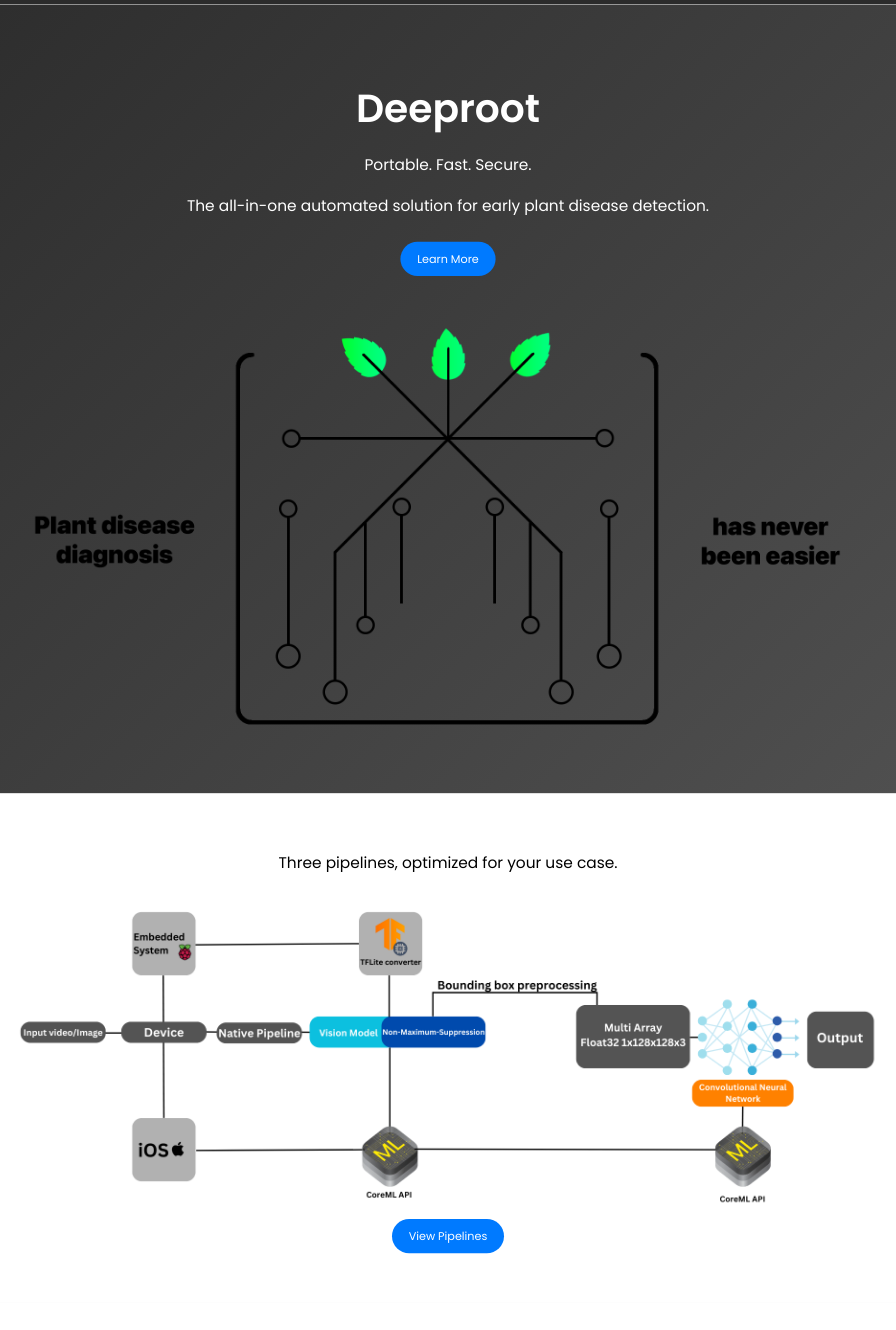
Repository: jss1118/The-Deeproot-Project
Page: Website/index.html
These files come from the project's save history. The page is drawn as it stood at one moment and after the next save; the edit follows.
The browser window is 1280 px wide. The pictures show the part of the page from y = 49 to 1949 px (the page is 3212 px tall), at 70% of full size.
Pictures or frames that could not be fetched are drawn as grey boxes.

Above is the page before, as saved 2025-03-21 13:08:55.

After the next save:
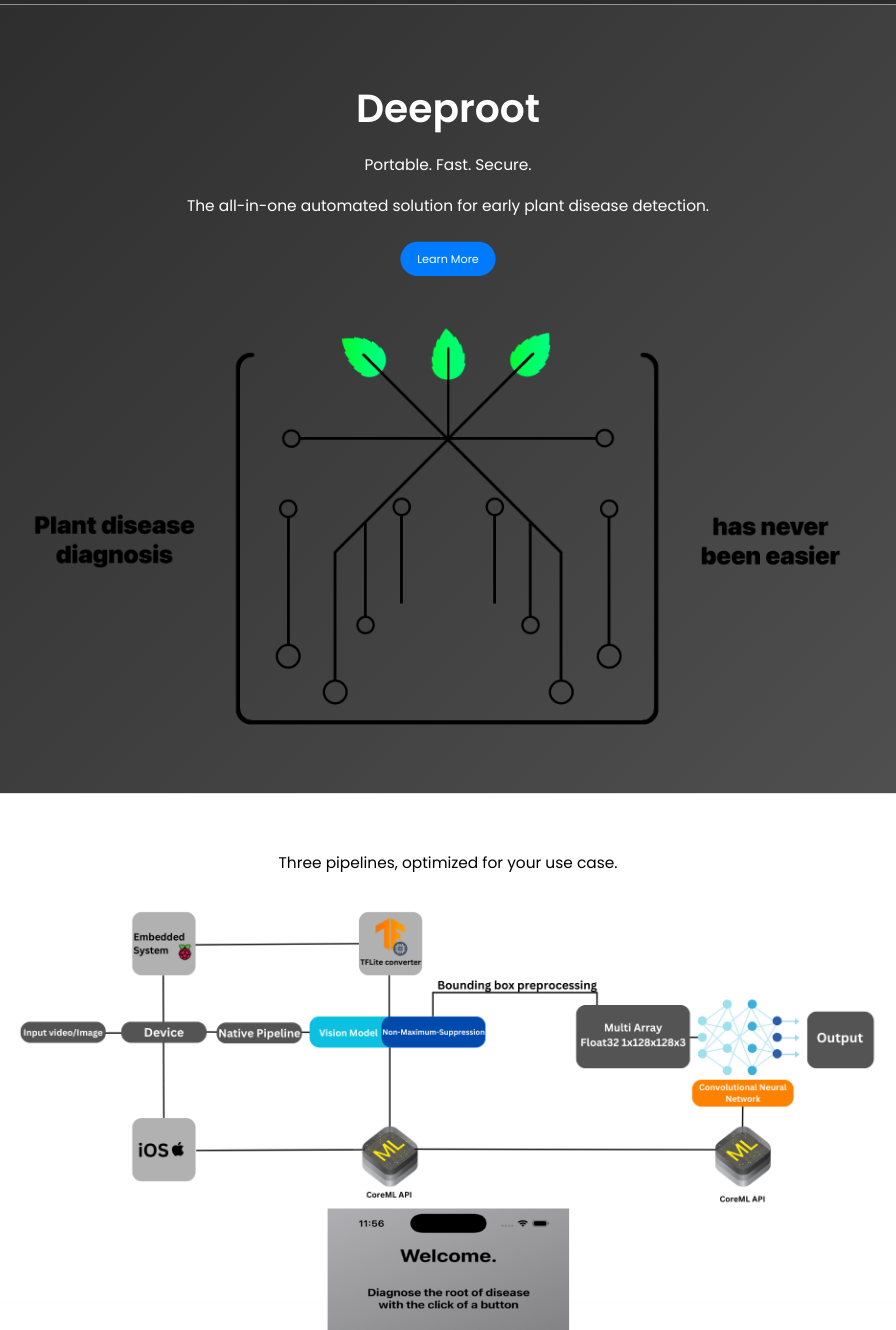
Saved 13 s later.
--- a/Website/index.html
+++ b/Website/index.html
@@ -184,7 +184,9 @@
       <p>Edge processing, completely private.</p>
       <div class="mainpagelink"><a href="#">Learn More</a></div>
     </div>
-    <div class="promo2"></div>
+    <div class="promo2">
+      <img src="iosmain.png" alt="ios icon">
+    </div>
 
 
     <div class="promo3"></div>

After the save that followed:
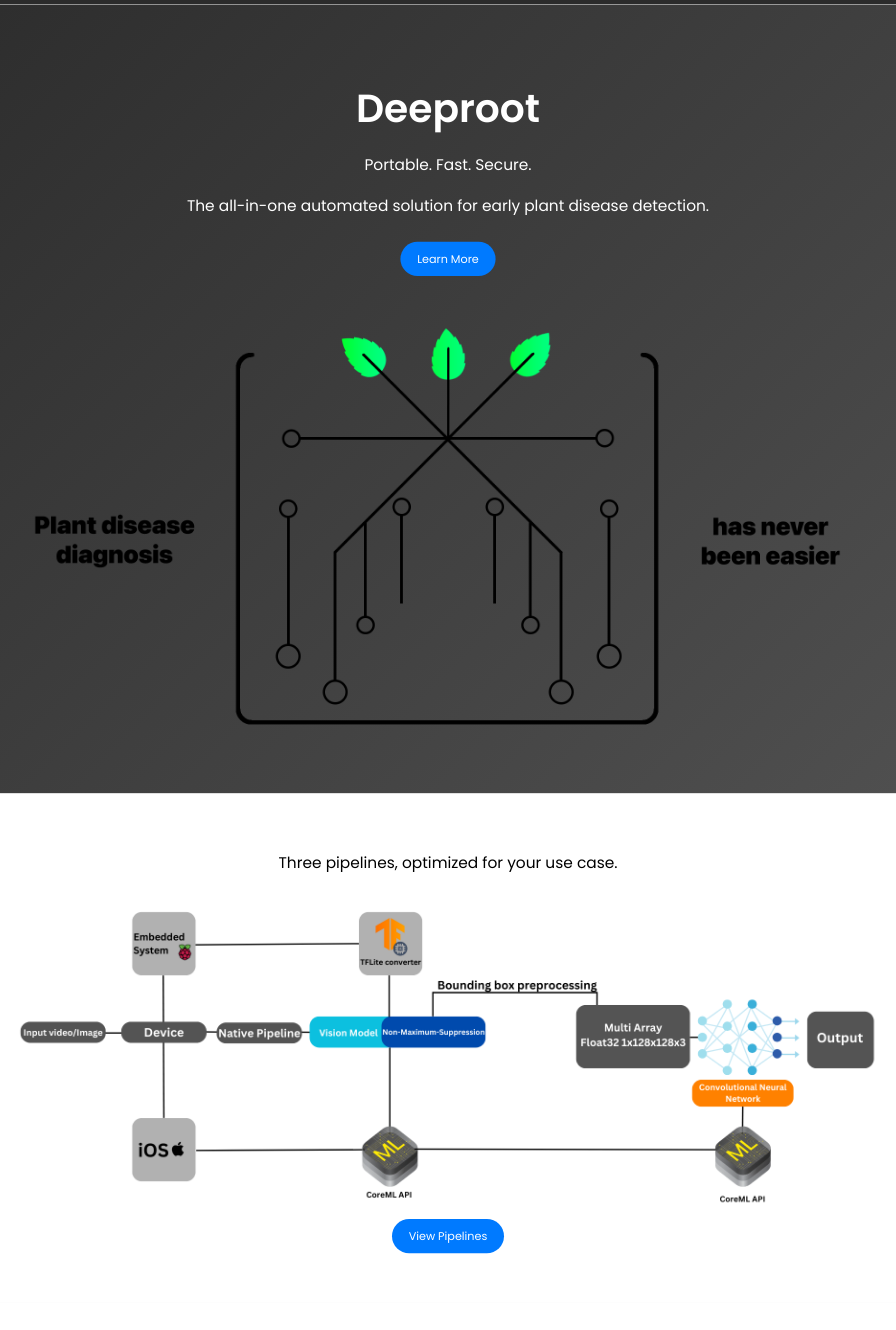
Saved 28 s later.
--- a/Website/index.html
+++ b/Website/index.html
@@ -185,7 +185,7 @@
       <div class="mainpagelink"><a href="#">Learn More</a></div>
     </div>
     <div class="promo2">
-      <img src="iosmain.png" alt="ios icon">
+      <img src="" alt="ios icon">
     </div>
 
 
